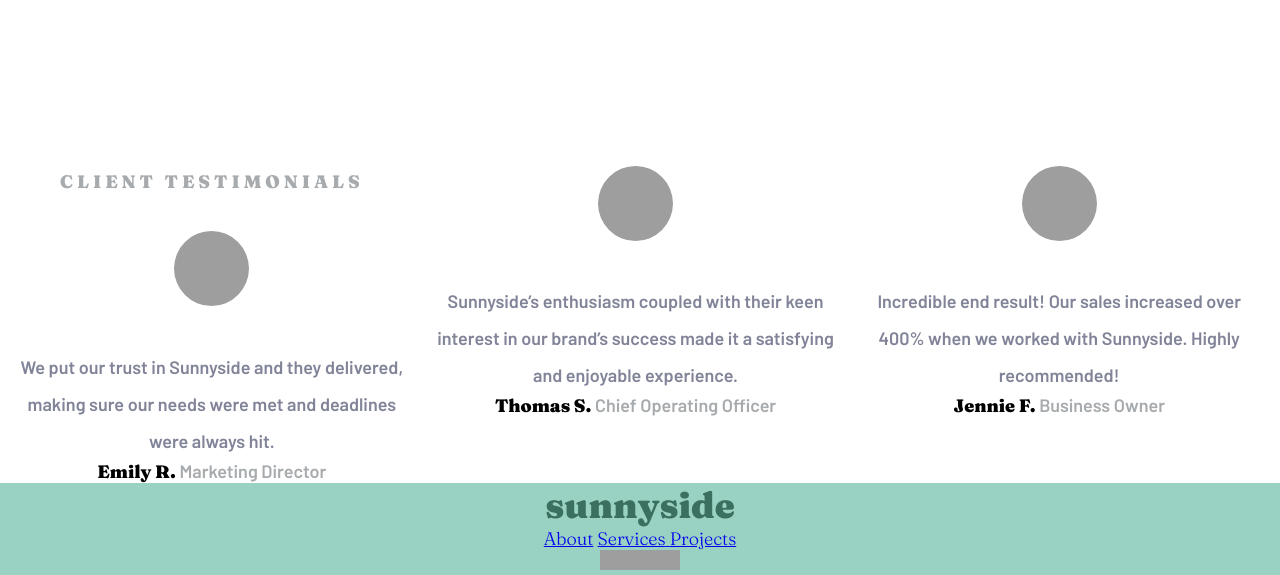
Repository: Roshanell/Sunny-Side-Agency
Page: index.html
An editor plug-in stored every save of this project. The page is shown before and after a run of saves, followed by the edit.
The browser window is 1280 px wide. The pictures show the part of the page from y = 2160 to 3076 px (the page is 2735 px tall before and 3076 px after).
Pictures or frames that could not be fetched are drawn as grey boxes. Some web libraries are served in a nearby version.

Above is the page before, as saved 2022-07-07 14:01:49.

### index.html
<!doctype html>
<html lang="en">

  <head>
    <meta charset="utf-8">
    <meta name="viewport" content="width=device-width, initial-scale=1">
    <title>Sunny Side Agency</title>
    <link href="https://fonts.googleapis.com/icon?family=Material+Icons" rel="stylesheet">
    <link rel="stylesheet" href="css/style.css">
    <link
      href="https://fonts.googleapis.com/css2?family=Barlow:wght@600&family=Fraunces:opsz,wght@9..144,300;9..144,700;9..144,900&display=swap"
      rel="stylesheet">
    <!-- <link rel="stylesheet" href="/css/normalize.css"> -->
    <script src="https://kit.fontawesome.com/48e7997292.js" crossorigin="anonymous"></script>
  </head>

  <body>
    <div class="container">
      <div class="homePage">
        <ul class="menu">
          <li><a class="menuItem" href="#">Home</a></li>
          <li><a class="menuItem" href="#">Profile</a></li>
          <li><a class="menuItem" href="#">About</a></li>
          <li><a class="menuItem" href="#">Contacts</a></li>
        </ul>
        <button class="hamburger">
          <i class="menuIcon material-icons">menu</i>
          <i class="closeIcon material-icons">close</i>
        </button>
        <div class="header">
          <h1>sunnyside</h1>
        </div>
        <div class="homeContent">
          <h2 class="homeSlogan">We are creatives</h2>
          <i class="fa-solid fa-arrow-down-long fa-4x"></i>

        </div>
      </div>

      <div class="eggArea">

      </div>

      <div class="aboutUsInfo" id="aboutUsInfo">
        <div class="infoContainer">
          <h3>
            Transform your brand
          </h3>
          <p>We are a full-service creative agenc grow fast. Engage your clients through
            compelling visuals that do most of the marketing for you. </p>
          <span><a href="#">Learn More</a></span>
        </div>
      </div>

      <div class="cupImage">
      </div>

      <div class="standOutInfo" id="standOutInfo">
        <div class="standOutContainer">
          <h3>Stand out to the right audience</h3>
          <p> Using a collaborative formula of designers, researchers,
            photographers,videographers, and copywriters, we’ll build and extend your brand in digital places. </p>

          <span class="learnMorePink"><a href="#">Learn More</a></span>
        </div>
      </div>
      <div class="graphicDesign">
        <div class="design-photography">
          <h3> Graphic Design</h3>
          <p class="pGraphics" id="pDesign">
            Great design makes you memorable. We deliver artwork that underscores your brand message and captures
            potential clients’ attention. </p>
        </div>
      </div>
      <div class="orangeImage">
        <div class="design-photography">
          <h3>Photography</h3>
          <p class="pGraphics"> Increase your credibility by getting the most stunning, high-quality photos that improve
            your business
            image. </p>
        </div>
      </div>
      <div class="testimonialOne">
        <h4>Client Testimonials</h4>
        <div class="user one"></div>
        <p class="review">We put our trust in Sunnyside and they delivered, making sure our needs were met and
          deadlines
          were always
          hit.</p>
        <span class="name">Emily R.</span>
        <span class="occupation">Marketing Director</span>
      </div>
      <div class="testimonialTwo">
        <div class="user two"></div>
        <p class="review">Sunnyside’s enthusiasm coupled with their keen interest in our brand’s success made it a
          satisfying and
          enjoyable experience.</p>
        <span class="name">Thomas S.</span>
        <span span class="occupation">Chief Operating Officer</span>
      </div>
      <div class="testimonialThree">
        <div class="user three"></div>
        <p class="review">Incredible end result! Our sales increased over 400% when we worked with Sunnyside. Highly
          recommended!</p>
        <span class="name">Jennie F.</span>
        <span span class="occupation">Business Owner</span>
      </div>
      <div class="fourImgs" id="fourImgs">
        <div class="imgOne">
        </div>
        <div class="imgTwo">
        </div>
        <div class="imgThree">
        </div>
        <div class="imgFour">
        </div>
      </div>

      <div class="footer">
        <h1>sunnyside</h1>
        <div class="moreInformation">
          <a href="index.html#aboutUsInfo"><span> About</span></a>
          <a href="index.html#standOutInfo"><span>Services</span> </a>
          <a href="index.html#fourImgs"><span>Projects</span></a>
        </div>
        <div class="socialMediaHandles">
          <div>
            <img src="https://i.imgur.com/uHHCF8A.png" alt="Facebook Icon" height="20px" width="20px">
          </div>
          <div>
            <img src="https://i.imgur.com/Fvw0N1c.png" alt="Instagram Icon" height="20px" width="20px">
          </div>
          <div>
            <img src="https://i.imgur.com/k39Bgoc.png" alt="Twitter Icon" height="20px" width="20px">
          </div>
          <div>
            <img src="https://i.imgur.com/JN1Rhal.png" alt="Pinterest Icon" height="20px" width="20px">
          </div>
        </div>
      </div>
    </div>

    <script src="main.js"></script>

  </body>

</html>

### css/style.css
/* Box Model Hack */
* {
  -moz-box-sizing: border-box;
}

/* Clear fix hack */
.clearfix:after {
  content: ".";
  display: block;
  clear: both;
  visibility: hidden;
  line-height: 0;
  height: 0;
}

.clear {
  clear: both;
}

/******************************************
/* BASE STYLES
/*******************************************/

body {
  font-size: 18px;
  font-family: "Barlow", sans-serif;
  text-align: center;
  margin: 0;
}
p {
  color: hsl(232, 10%, 55%);
  display: flex;
  justify-content: center;
  align-items: center;
  margin: 0 2%;
  line-height: 37px;
}

h1,
h2,
h3,
h4,
h5,
h6 {
  font-family: "Fraunces", serif;
  font-weight: 700;
}

h3 {
  margin-top: 10%;
  margin-bottom: 10%;
  font-size: 40px;
}

span a {
  color: black;
  text-decoration: underline yellow;
  text-decoration-thickness: 5px;
}

.learnMorePink a {
  text-decoration: underline hsl(7, 99%, 70%);
  text-decoration-thickness: 5px;
}
.learnMorePink {
  margin-top: 5%;
}
/* hamburger */

* {
  margin: 0;
  padding: 0;
  box-sizing: border-box;
}

.menuItem {
  display: block;
  margin: 2rem 4rem;
  font-size: 1.8rem;
  color: black;
  text-decoration: none;
  font-family: "Barlow", sans-serif;
  animation: fadeInUp 0.5s ease-in-out forwards;
}

.menuItem:hover {
  text-decoration: underline;
}

.hamburger {
  position: fixed;
  z-index: 100;
  top: 1rem;
  right: 1rem;
  padding: 4px;
  border: none;
  background: transparent;
  cursor: pointer;
  color: white;
}

.closeIcon {
  display: none;
}

.menu {
  position: fixed;
  transform: translateY(-100%);
  transition: transform 0.2s;
  top: 0;
  left: 0;
  right: 0;
  bottom: 40%;
  z-index: 99;
  width: 89%;
  margin-left: 5%;
  margin-top: 0%;
  background: white;
  color: black;
  list-style: none;
  padding-top: 4rem;
}

.showMenu {
  transform: translateY(0);
}

/* homepage */

.homePage {
  background-image: url("https://i.imgur.com/5owK20G.jpg");
  background-size: cover;
  height: 100vh;
  background-repeat: no-repeat;
}

.homeSlogan {
  color: white;
  font-size: 40px;
  text-transform: uppercase;
  letter-spacing: 5px;
}

.fa-solid {
  color: white;
}

.fa-arrow-down-long {
  margin-top: 10%;
}
/* About Us */
.aboutUsInfo {
  background-color: white;
}
.aboutUsInfo h3 {
  font-size: 40px;
}
/* testimonials */
/* user profile images */
.user {
  display: inline-block;
  width: 75px;
  height: 75px;
  border-radius: 50%;
  margin: 9%;
  background-repeat: no-repeat;
  background-position: center center;
  background-size: cover;
}

.one {
  background-image: url("https://i.imgur.com/0PxR98W.jpg");
}

.two {
  background-image: url("https://i.imgur.com/01xgLPA.jpg");
}

.three {
  background-image: url("https://i.imgur.com/YJGOYO1.jpg");
}

.testimonialOne h4 {
  text-transform: uppercase;
  color: hsl(210, 4%, 67%);
  letter-spacing: 4px;
  /* font-size: 100%; */
  margin-top: 10%;
  font-weight: 900;
}

.occupation {
  color: hsl(210, 4%, 67%);
  margin-bottom: 5%;
  margin-top: 5%;
}

.name {
  font-family: "Fraunces", serif;
  margin-top: 5%;
  font-weight: 900;
}

/* background Images */
.pGraphics {
  margin-bottom: 20%;
}

/* main information */
.cupImage {
  /* border: solid 1px pink; */
  /* height: 40vh; */
  grid-area: cupImage;
  background-image: url("https://i.imgur.com/TEIjlB8.jpg");
  background-size: cover;
  background-position: center;
}

.eggArea {
  /* border: solid 1px purple; */
  grid-area: eggArea;
  background-image: url("https://i.imgur.com/Ic0Kukn.jpg");
  /* height: 40vh; */
  background-size: cover;
  background-position: center;
}

/******************************************
/* LAYOUT
/*******************************************/

/******************************************
/* ADDITIONAL STYLES
/*******************************************/

@media all and (min-width: 1024px) and (max-width: 1480px) {
  .homePage,
  .homeContent {
    /* border: 1px solid black; */
  }

  .header h1 {
    color: white;
  }
  h3 {
    margin-bottom: 3%;
    font-size: 40px;
  }

  /* .menuItem{
    display: inline;
  } */
  .eggArea {
    /* border: 1px solid red; */
    background-image: url("https://i.imgur.com/ylwqnFI.jpg");
    height: 60vh;
    width: 50%;
    float: right;
  }
  .aboutUsInfo {
    /* border: 1px solid red; */
    height: 60vh;
    width: 49vw;
    float: left;
  }

  .infoContainer {
    margin: auto;
    width: 60%;

    text-align: justify;
  }

  .infoContainer h3 {
    text-align: left;
    width: 82%;
  }

  .cupImage {
    float: left;
    height: 60vh;
    width: 50%;
    background-image: url("https://i.imgur.com/9A6seJs.jpg");
    /* border: 1px solid red; */
  }
  .standOutInfo {
    float: right;
    height: 60vh;
    width: 47vw;
    /* border: 1px solid red; */
  }

  .standOutContainer {
    width: 70%;
    margin: auto;
    text-align: left;
  }
  .graphicDesign {
    background-image: url("https://i.imgur.com/ypGUgU9.jpg");
    float: left;
    height: 80vh;
    width: 50%;
    /* border: 1px solid green; */
    background-size: cover;
    color: hsl(167, 40%, 24%);
  }

  .orangeImage {
    float: right;
    background-image: url("https://i.imgur.com/RiEjNfa.jpg");
    height: 80vh;
    width: 50%;
    /* border: 1px solid blue; */
    background-size: cover;
  }
  .design-photography {
    margin: 20%;
    margin-top: 45%;
  }
  .reviewGroup {
    display: flex;
  }
  .testimonialOne {
    float: left;
    height: fit-content;
    width: 33.1%;
    margin-top: 10%;
    /* border: 1px solid pink; */
  }

  .testimonialTwo {
    float: left;
    height: fit-content;
    width: 33.1%;
    margin-top: 10%;
    /* border: 1px solid pink; */
  }

  .testimonialThree {
    float: left;
    height: fit-content;
    width: 33.1%;
    margin-top: 10%;
    /* border: 1px solid pink; */
  }

  .footer {
    float: left;
    width: 100%;
    font-family: "Fraunces", serif;
    background: #99d2c2;
    color: hsl(168, 34%, 41%);
    /* border: 1px solid pink; */
  }
  .footer h1 {
    color: #3b6f5f;
    font-weight: 900;
    font-family: "Fraunces", serif;
  }
  .moreInformation span a {
    display: flex;
    text-decoration: none;
  }

  .socialMediaHandles {
    display: flex;
    justify-content: center;
  }
  .pGraphics {
    color: hsl(167, 40%, 24%);
    font-weight: 700;
    font-size: 18px;
  }
  .orangeImage p,
  .orangeImage h3 {
    color: hsl(198, 62%, 26%);
  }
}

/* mobile view */

@media all and (min-width: 375px) and (max-width: 1023px) {
  .container {
    /* border: solid 1px blue; */
    display: grid;
    grid-template-columns: 1fr;
    grid-template-rows: 1.5fr 1fr 1fr 1fr 1fr 1.5fr 1.4fr 1fr 1fr 1fr 1fr;
    gap: 0px 0px;
    grid-auto-flow: column dense;
    grid-template-areas:
      "homePage"
      "eggArea"
      "aboutUsInfo"
      "cupImage"
      "standOutInfo"
      "graphicDesign"
      "orangeImage"
      "testimonialOne"
      "testimonialTwo"
      "testimonialThree"
      "fourImgs"
      "footer";
  }

  .homePage {
    background-image: url("https://i.imgur.com/HUEIjty.jpg");
    background-size: cover;
    /* height: 100vh; */
    background-repeat: no-repeat;
  }

  .homeSlogan {
    color: white;
    font-size: 40px;
    text-transform: uppercase;
    letter-spacing: 5px;
  }

  .fa-solid {
    color: white;
  }

  .fa-arrow-down-long {
    margin-top: 10%;
  }
  /* About Us */
  .aboutUsInfo {
    background-color: white;
  }
  .aboutUsInfo h3 {
    font-size: 40px;
  }
  /* testimonials */
  /* user profile images */
  .user {
    display: inline-block;
    width: 75px;
    height: 75px;
    border-radius: 50%;
    margin: 9%;
    background-repeat: no-repeat;
    background-position: center center;
    background-size: cover;
  }

  .one {
    background-image: url("https://i.imgur.com/0PxR98W.jpg");
  }

  .two {
    background-image: url("https://i.imgur.com/01xgLPA.jpg");
  }

  .three {
    background-image: url("https://i.imgur.com/YJGOYO1.jpg");
  }

  .testimonialOne h4 {
    text-transform: uppercase;
    color: hsl(210, 4%, 67%);
    letter-spacing: 4px;
    /* font-size: 100%; */
    margin-top: 10%;
    font-weight: 900;
  }

  .occupation {
    color: hsl(210, 4%, 67%);
    margin-bottom: 5%;
    margin-top: 5%;
  }

  .name {
    font-family: "Fraunces", serif;
    margin-top: 5%;
    font-weight: 900;
  }

  /* background Images */
  .pGraphics {
    margin-bottom: 20%;
  }

  /******************************************
  /* LAYOUT
  /*******************************************/
  .container {
    /* border: solid 1px blue; */
    display: grid;
    grid-template-columns: 1fr;
    grid-template-rows: 1.5fr 1fr 1fr 1fr 1fr 1.5fr 1.4fr 1fr 1fr 1fr 1fr;
    gap: 0px 0px;
    grid-auto-flow: column dense;
    grid-template-areas:
      "homePage"
      "eggArea"
      "aboutUsInfo"
      "cupImage"
      "standOutInfo"
      "graphicDesign"
      "orangeImage"
      "testimonialOne"
      "testimonialTwo"
      "testimonialThree"
      "fourImgs"
      "footer";
  }

  .homePage {
    /* border: solid 1px red; */
  }

  .header {
    display: flex;
    /* border: solid 1px orange; */
    grid-area: header;
    color: white;
    margin-left: 5%;
    margin-top: 2%;
  }

  .homeContent {
    /* border: solid 1px yellow; */
    grid-area: homeContent;
    margin-top: 15%;
  }

  .eggArea {
    /* border: solid 1px purple; */
    grid-area: eggArea;
    background-image: url("https://i.imgur.com/Ic0Kukn.jpg");
    /* height: 40vh; */
    background-size: cover;
    background-position: center;
  }

  .aboutUsInfo {
    /* border: solid 1px green; */
    /* height: 40vh; */
    grid-area: aboutUsInfo;
  }

  .cupImage {
    /* border: solid 1px pink; */
    /* height: 40vh; */
    grid-area: cupImage;
    background-image: url("https://i.imgur.com/TEIjlB8.jpg");
    background-size: cover;
    background-position: center;
  }

  .standOutInfo {
    /* border: solid 1px black; */
    grid-area: standOutInfo;
    display: flex;
    flex-direction: column;
    font-weight: 900;
    /* height: 40vh; */
  }

  .graphicDesign {
    /* border: solid 1px brown; */
    grid-area: graphicDesign;
    background-image: url("https://i.imgur.com/ceaL6cl.jpg");
    background-size: cover;
    display: flex;
    flex-direction: column;
    flex-wrap: nowrap;
    align-content: center;
    justify-content: flex-end;
    align-items: center;
    /* height: 40vh; */
  }

  .graphicDesign h3 {
    color: hsl(167, 40%, 24%);
    font-weight: 900;
  }
  #pDesign {
    color: hsl(167, 40%, 24%);
    font-weight: 700;
    font-size: 18px;
  }
  .orangeImage {
    /* border: solid 1px gray; */
    grid-area: orangeImage;
    background-image: url("https://i.imgur.com/5lTcoMD.jpg");
    background-size: cover;
    display: flex;
    flex-direction: column;
    flex-wrap: nowrap;
    align-content: center;
    justify-content: flex-end;
    align-items: center;
  }
  /* height: 40vh; */

  .orangeImage h3 {
    color: hsl(198, 62%, 26%);
  }
  .orangeImage p {
    color: hsl(198, 62%, 26%);
  }

  /* testimonials */

  .testimonialOne {
    /* border: solid 1px fuchsia; */
    grid-area: testimonialOne;
    /* height: 33vh; */
    display: flex;
    flex-direction: column;
    justify-content: center;
    align-items: center;
  }

  .testimonialThree {
    /* border: solid 1px lightblue; */
    grid-area: testimonialThree;
    display: flex;
    flex-direction: column;
    justify-content: center;
    align-items: center;
    /* height: 33vh; */
  }

  .testimonialTwo {
    /* border: solid 1px silver; */
    display: flex;
    flex-direction: column;
    justify-content: center;
    align-items: center;
    grid-area: testimonialTwo;

    /* height: 33vh; */
  }

  .fourImgs {
    /* border: solid 1px maroon; */
    display: grid;
    grid-template-columns: 1fr 1fr;
    grid-template-rows: 1fr 1fr;
    gap: 0px 0px;
    grid-template-areas:
      "imgOne imgThree"
      "imgTwo imgFour";
    grid-area: fourImgs;
    /* height: 40vh; */
  }

  .imgOne {
    /* border: solid 1px yellowgreen; */
    background-image: url("https://i.imgur.com/g7g3pHI.jpg");
    background-size: cover;
  }
  .imgTwo {
    /* border: solid 1px rgb(228, 122, 199); */
    background-image: url("https://i.imgur.com/xXvVali.jpg");
    background-size: cover;
  }
  .imgThree {
    /* border: solid 1px rgb(158, 207, 232); */
    background-image: url("https://i.imgur.com/w22eeJU.jpg");
    background-size: cover;
  }
  .imgFour {
    /* border: solid 1px rgb(205, 122, 50); */
    background-image: url("https://i.imgur.com/hMYShPr.jpg");
    background-size: cover;
  }

  .review {
    font-size: 20px;
  }
  /* Fix the footer */
  .footer {
    background: #99d2c2;
    color: hsl(168, 34%, 41%);
  }
  .footer h1 {
    color: #3b6f5f;
    font-weight: 900;
    font-family: "Fraunces", serif;
  }

  .moreInformation {
    display: flex;
    flex-direction: row;
    justify-content: space-evenly;
    margin: 10%;
  }

  .socialMediaHandles {
    width: 65%;
    display: flex;
    justify-content: space-around;
    margin: 20%;
  }

  .footer h1 {
    margin-top: 10%;
  }

  .moreInformation a {
    color: #3b6f5f;
    text-decoration: none;
  }
}

### main.js
const menu = document.querySelector(".menu");
const menuItems = document.querySelectorAll(".menuItem");
const hamburger = document.querySelector(".hamburger");
const closeIcon = document.querySelector(".closeIcon");
const menuIcon = document.querySelector(".menuIcon");

function toggleMenu() {
  if (menu.classList.contains("showMenu")) {
    menu.classList.remove("showMenu");
    closeIcon.style.display = "none";
    menuIcon.style.display = "block";
  } else {
    menu.classList.add("showMenu");
    closeIcon.style.display = "block";
    menuIcon.style.display = "none";
  }
}

hamburger.addEventListener("click", toggleMenu);

menuItems.forEach(function (menuItem) {
  menuItem.addEventListener("click", toggleMenu);
});

After the next 2 saves:
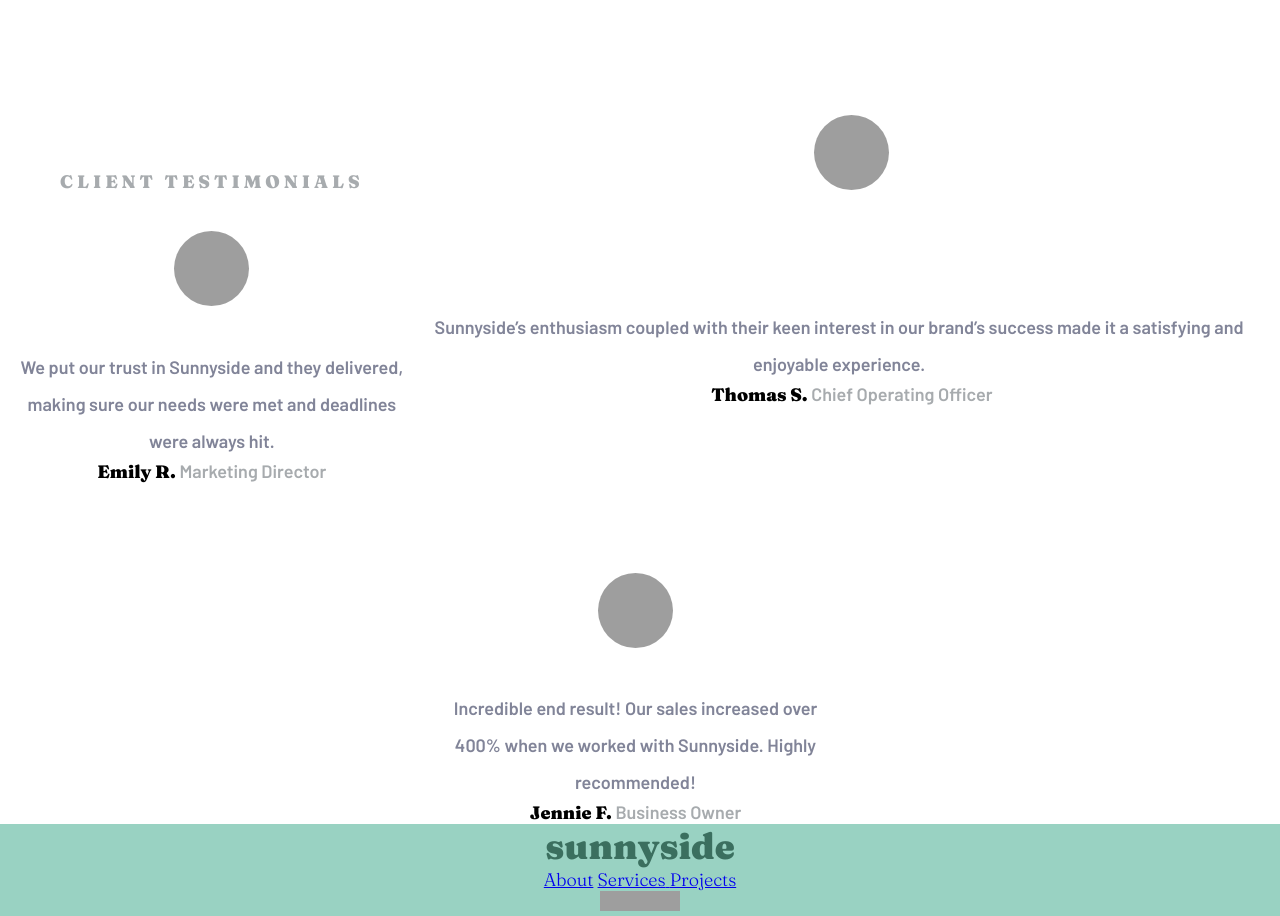
The 2 saves are shown as one change because they came seconds apart.
The last was saved 2 min 4 s later.
--- a/css/style.css
+++ b/css/style.css
@@ -327,6 +327,8 @@
     margin-top: 10%;
     /* border: 1px solid pink; */
   }
+
+  .testimonialOneh
 
   .testimonialTwo {
     float: left;

After the save that followed:
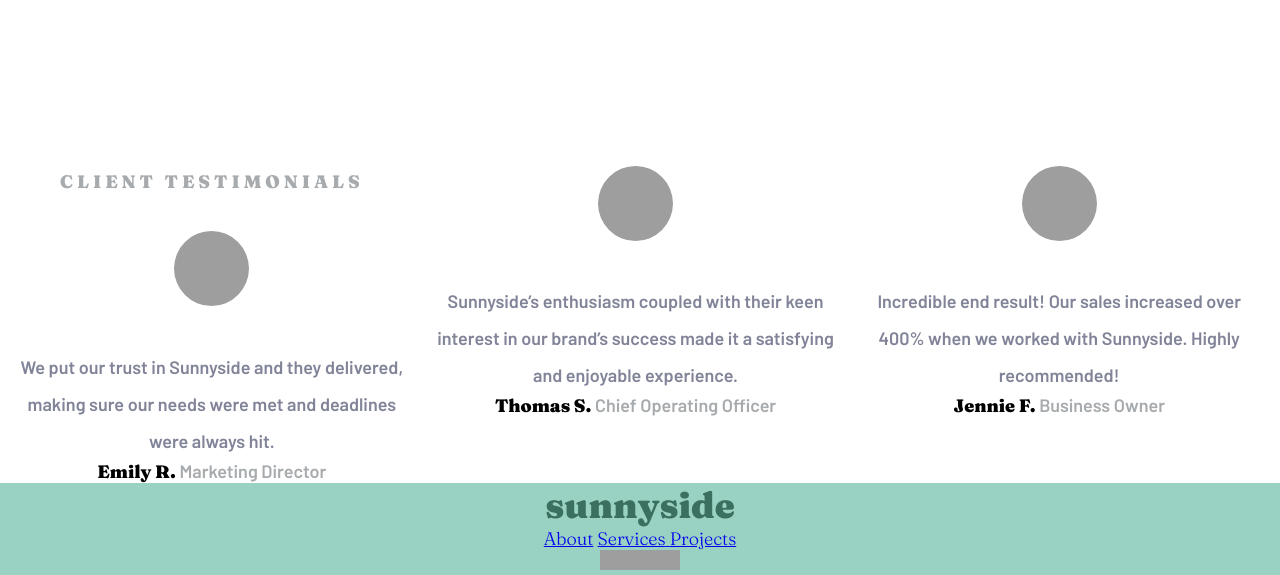
Saved 6 s later.
--- a/css/style.css
+++ b/css/style.css
@@ -328,7 +328,9 @@
     /* border: 1px solid pink; */
   }
 
-  .testimonialOneh
+  .testimonialOne h4{
+
+  }
 
   .testimonialTwo {
     float: left;
